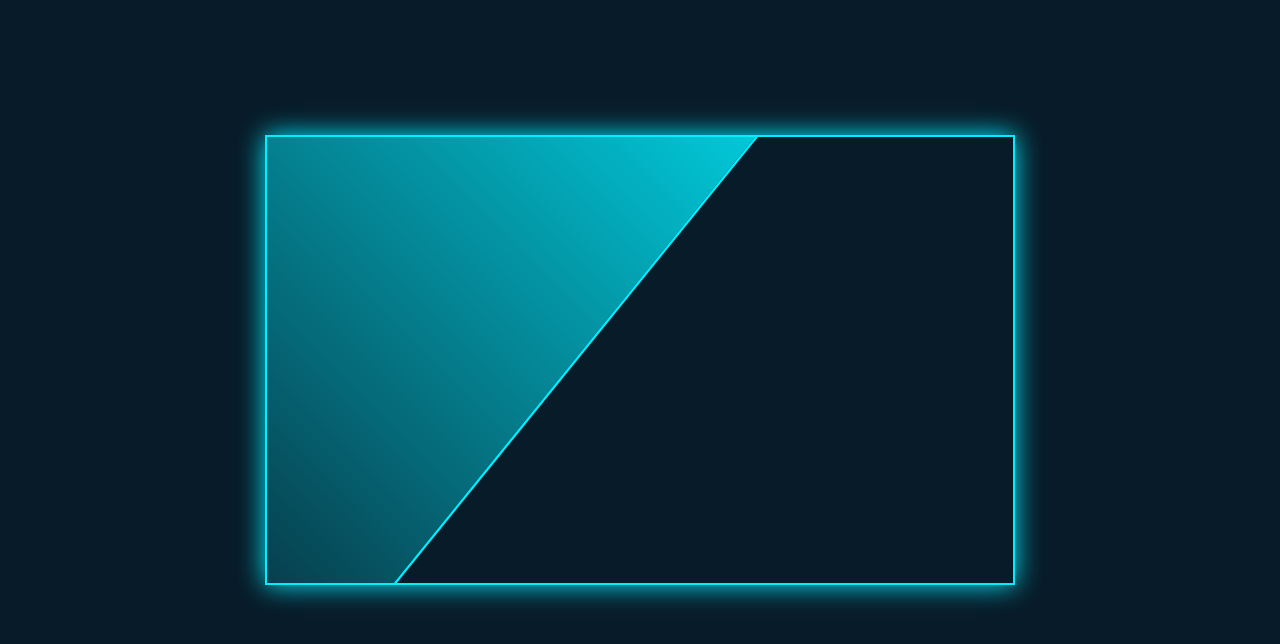
Repository: swastikjhacoder/Login-Registration-HTML
Page: index.html
The author's editor kept a copy of each file at every save. The page is drawn from the files as they stood at one save, then again after the next save.
The browser window is 1280 px wide. The pictures show the whole page.

Above is the page before, as saved 2023-09-18 16:08:37.
Not found: js/toastify.js

### index.html
<!DOCTYPE html>
<html lang="en">
  <head>
    <meta charset="UTF-8" />
    <meta http-equiv="X-UA-Compatible" content="IE=edge" />
    <meta name="viewport" content="width=device-width, initial-scale=1.0" />
    <title>Login</title>
    <link rel="shortcut icon" href="./images/favicon.png" />
    <link rel="stylesheet" href="style.css" />
    <link href='https://unpkg.com/boxicons@2.1.4/css/boxicons.min.css' rel='stylesheet'>
    <script src="./js/toastify.js"></script>
  </head>
  <body>
    <div class="wrapper">
        <span class="bg-animate1"></span>
        <span class="bg-animate2"></span>

        <div class="form-box login">
            <h2>Login</h2>
            <form action="#">
                <div class="input-box">
                    <input type="text" required/>
                    <label>Username</label>
                    <i class='bx bxs-user'></i>
                </div>
                <div class="input-box">
                    <input type="password" required/>
                    <label>Password</label>
                    <i class='bx bxs-lock-alt' ></i>
                </div>
                <button type="submit" class="btn">Login</button>
                <div class="logreg-link">
                    <p>Don't have an account? <a href="#" class="register-link">Sign Up</a></p>
                </div>
            </form>
        </div>
        <div class="info-text login">
            <h2>Welcome Back!</h2>
            <p>Lorem ipsum dolor sit amet consectetur adipisicing elit. Veritatis, itaque.</p>
        </div>

        <div class="form-box register">
            <h2>Sign Up</h2>
            <form action="#">
                <div class="input-box">
                    <input type="text" required/>
                    <label>Username</label>
                    <i class='bx bxs-user'></i>
                </div>
                <div class="input-box">
                    <input type="email" required/>
                    <label>Email</label>
                    <i class='bx bxs-envelope' ></i>
                </div>
                <div class="input-box">
                    <input type="password" required/>
                    <label>Password</label>
                    <i class='bx bxs-lock-alt' ></i>
                </div>
                <button type="submit" class="btn">Sign Up</button>
                <div class="logreg-link">
                    <p>Already have an account? <a href="#" class="login-link">Login</a></p>
                </div>
            </form>
        </div>

        <div class="info-text register">
            <h2>Welcome Back!</h2>
            <p>Lorem ipsum dolor sit amet consectetur adipisicing elit. Veritatis, itaque.</p>
        </div>
    </div>

  </body>
</html>

### style.css
@import url('https://fonts.googleapis.com/css2?family=Poppins:ital,wght@0,100;0,200;0,300;0,400;0,500;0,600;0,700;0,800;0,900;1,400&display=swap');

* {
    margin: 0;
    padding: 0;
    box-sizing: border-box;
    font-family: 'Poppins', sans-serif;
}

body {
    display: flex;
    justify-content: center;
    align-items: center;
    min-height: 100vh;
    background: #081b29;
}

.wrapper {
    position: relative;
    width: 750px;
    height: 450px;
    background: transparent;
    border: 2px solid #0ef;
    box-shadow: 0 0 25px #0ef;
    overflow: hidden;
}

.wrapper .form-box {
    position: absolute;
    top: 0;
    width: 50%;
    height: 100%;
    display: flex;
    flex-direction: column;
    justify-content: center;
}

.wrapper .form-box.login {
    left: 0;
    padding: 0 60px 0 40px;
    display: none;
}

.wrapper .form-box.register {
    right: 0;
    padding: 0 40px 0 60px;
    display: none;
}

.form-box h2 {
    font-size: 32px;
    color: #fff;
    text-align: center;
}

.form-box .input-box {
    position: relative;
    width: 100%;
    height: 50px;
    margin: 25px 0;
}

.input-box input {
    width: 100%;
    height: 100%;
    background: transparent;
    border: none;
    outline: none;
    border-bottom: 2px solid #fff;
    padding-right: 23px;
    font-size: 16px;
    color: #fff;
    font-weight: 500;
    transition: .5s;
}

.input-box input:focus,
.input-box input:valid {
    border-bottom-color: #0ef;
}

.input-box label {
    position: absolute;
    top: 50%;
    left: 0;
    transform: translateY(-50%);
    font-size: 16px;
    color: #fff;
    pointer-events: none;
    transition: .5s;
}

.input-box input:focus~label,
.input-box input:valid~label {
    top: -5px;
    color: #0ef
}

.input-box i {
    position: absolute;
    top: 50%;
    right: 0;
    transform: translateY(-50%);
    font-size: 18px;
    color: #fff;
    transition: .5s;
}

.input-box input:focus~i,
.input-box input:valid~i {
    color: #0ef
}

.btn {
    position: relative;
    width: 100%;
    height: 45px;
    background: transparent;
    border: 2px solid #0ef;
    outline: none;
    border-radius: 40px;
    cursor: pointer;
    font-size: 16px;
    color: #fff;
    font-weight: 600;
    z-index: 1;
    overflow: hidden;
}

.btn::before {
    content: '';
    position: absolute;
    top: -100%;
    left: 0;
    width: 100%;
    height: 300%;
    background: linear-gradient(#081b29, #0ef, #081b29, #0ef);
    z-index: -1;
    transition: .5s;
}

.btn:hover::before {
    top: 0;
}

.form-box .logreg-link {
    font-size: 14.5px;
    color: #fff;
    text-align: center;
    margin: 20px 0 10px;
}

.logreg-link p a {
    color: #0ef;
    text-decoration: none;
    font-weight: 600;
}

.logreg-link p a:hover {
    text-decoration: underline;
}

.wrapper .info-text {
    position: absolute;
    top: 0;
    width: 50%;
    height: 100%;
    display: flex;
    flex-direction: column;
    justify-content: center;
}

.wrapper .info-text.login {
    right: 0;
    text-align: right;
    padding: 0 40px 60px 150px;
    display: none;
}
.wrapper .info-text.register {
    left: 0;
    text-align: left;
    padding: 0 150px 60px 40px;
    display: none;
}

.info-text h2 {
    font-size: 36px;
    color: #fff;
    line-height: 1.3;
    text-transform: uppercase;
}

.info-text p {
    font-size: 16px;
    color: #fff;
}

.wrapper .bg-animate1 {
    position: absolute;
    top: -4px;
    right: 0;
    width: 850px;
    height: 600px;
    background: linear-gradient(45deg, #081b29, #0ef);
    border-bottom: 3px solid #0ef;
    /* transform: rotate(10deg) skewY(40deg); */
    transform: rotate(0) skewY(0);
    transform-origin: bottom right;
}

.wrapper .bg-animate2 {
    position: absolute;
    top: 100%;
    left: 250px;
    width: 850px;
    height: 700px;
    background: #081b29;
    border-top: 3px solid #0ef;
    /* transform: rotate(-11deg) skewY(-40deg); */
    transform: rotate(-11deg) skewY(-40deg);
    transform-origin: bottom left;
}

After the next save:
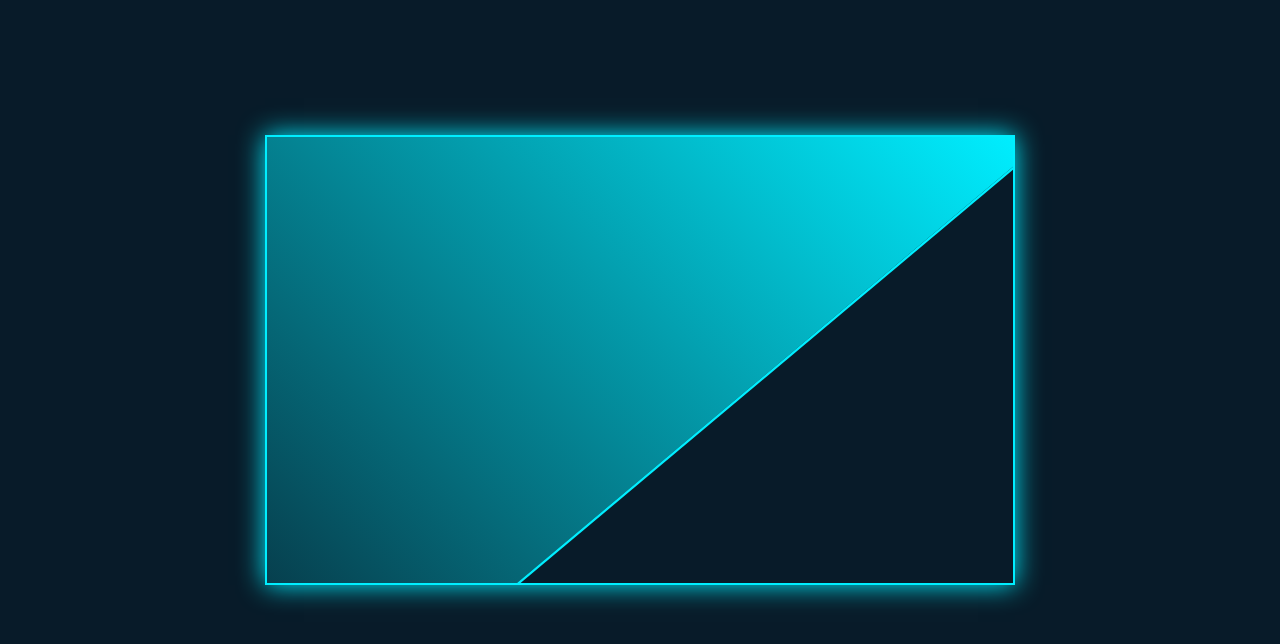
Saved 9 s later.
--- a/style.css
+++ b/style.css
@@ -217,6 +217,6 @@ body {
     background: #081b29;
     border-top: 3px solid #0ef;
     /* transform: rotate(-11deg) skewY(-40deg); */
-    transform: rotate(-11deg) skewY(-40deg);
+    transform: rotate(0) skewY(-40deg);
     transform-origin: bottom left;
 }
